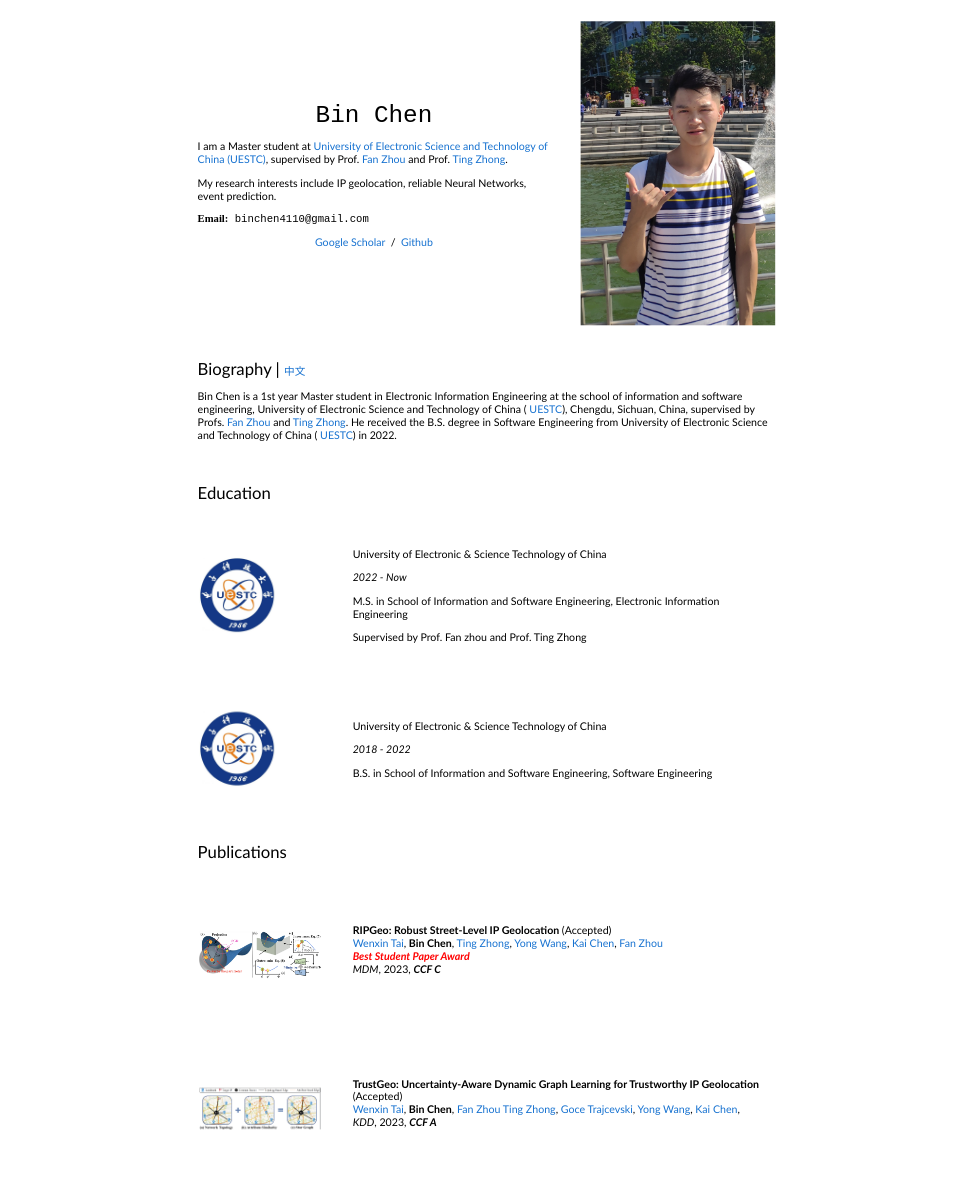
Repository: b1nchen/b1nchen.github.io
Page: index.html
An editor plug-in stored every save of this project. The page is shown before and after a run of saves, followed by the edit.
The browser window is 1280 px wide. The pictures show the part of the page from y = 0 to 1571 px (the page is 1939 px tall), at 76% of full size.
A picture or video elsewhere on the page could not be fetched, so the positions and the page height are approximate.

Above is the page before, as saved 2023-07-06 11:15:01.

After the next 2 saves:
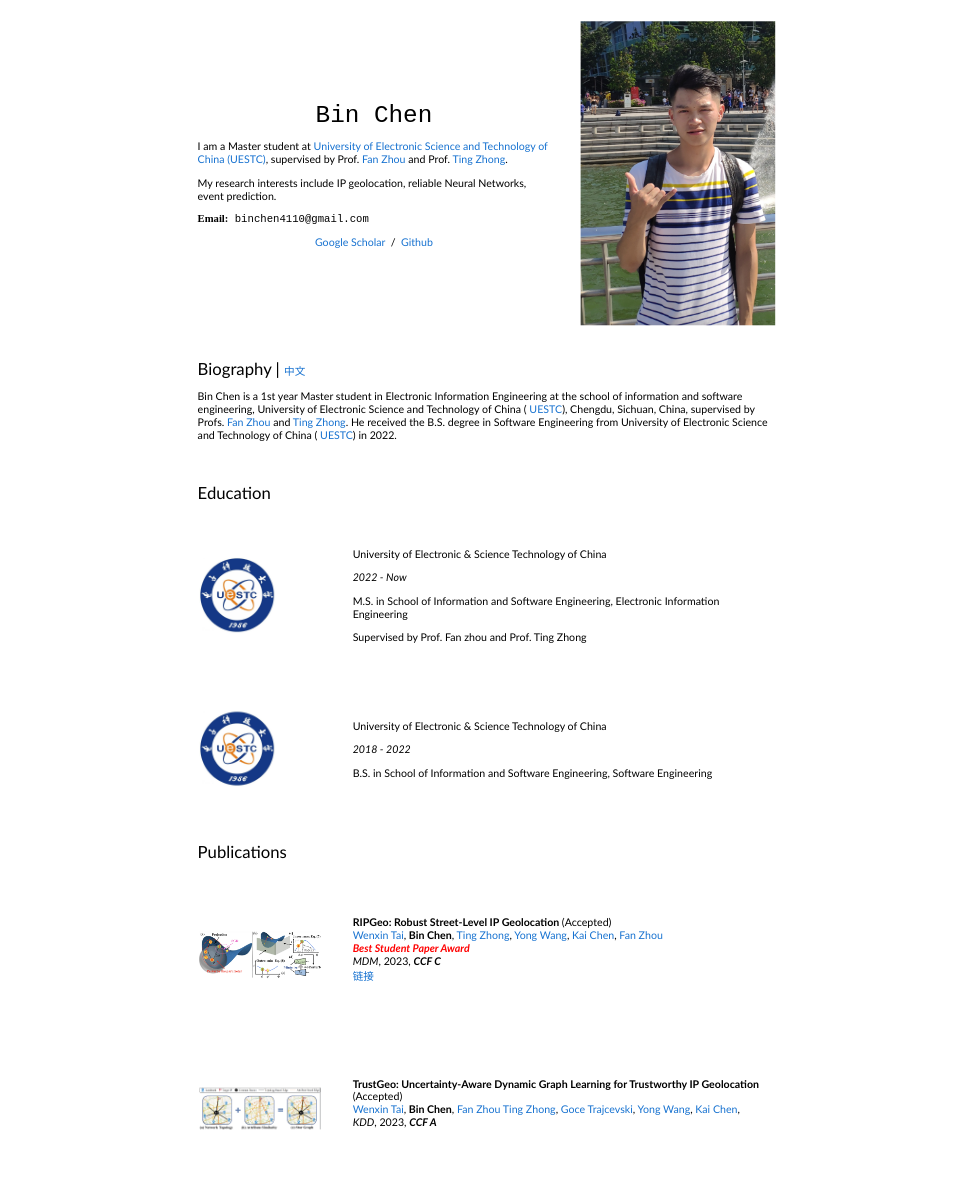
The 2 saves are shown as one change because they came seconds apart.
The last was saved 12 s later.
--- a/index.html
+++ b/index.html
@@ -186,7 +186,7 @@
                   <br>
                   <em>MDM</em>, 2023, <em><strong>CCF C</strong></em>
                   <br>
-
+                  <a href="https://drive.google.com/file/d/1PgxtmzdQAYr9Ti3rvHGgnyf05PbP-WwI/view?usp=drive_link">链接</a>
                   <!-- <a href="https://ieeexplore.ieee.org/document/9747900">链接</a>,
                   <a href="https://youtu.be/uT1pEfHbo14">视频</a>,
                   <a href="papers/ICASSP_5513_poster.pdf">海报</a>,
